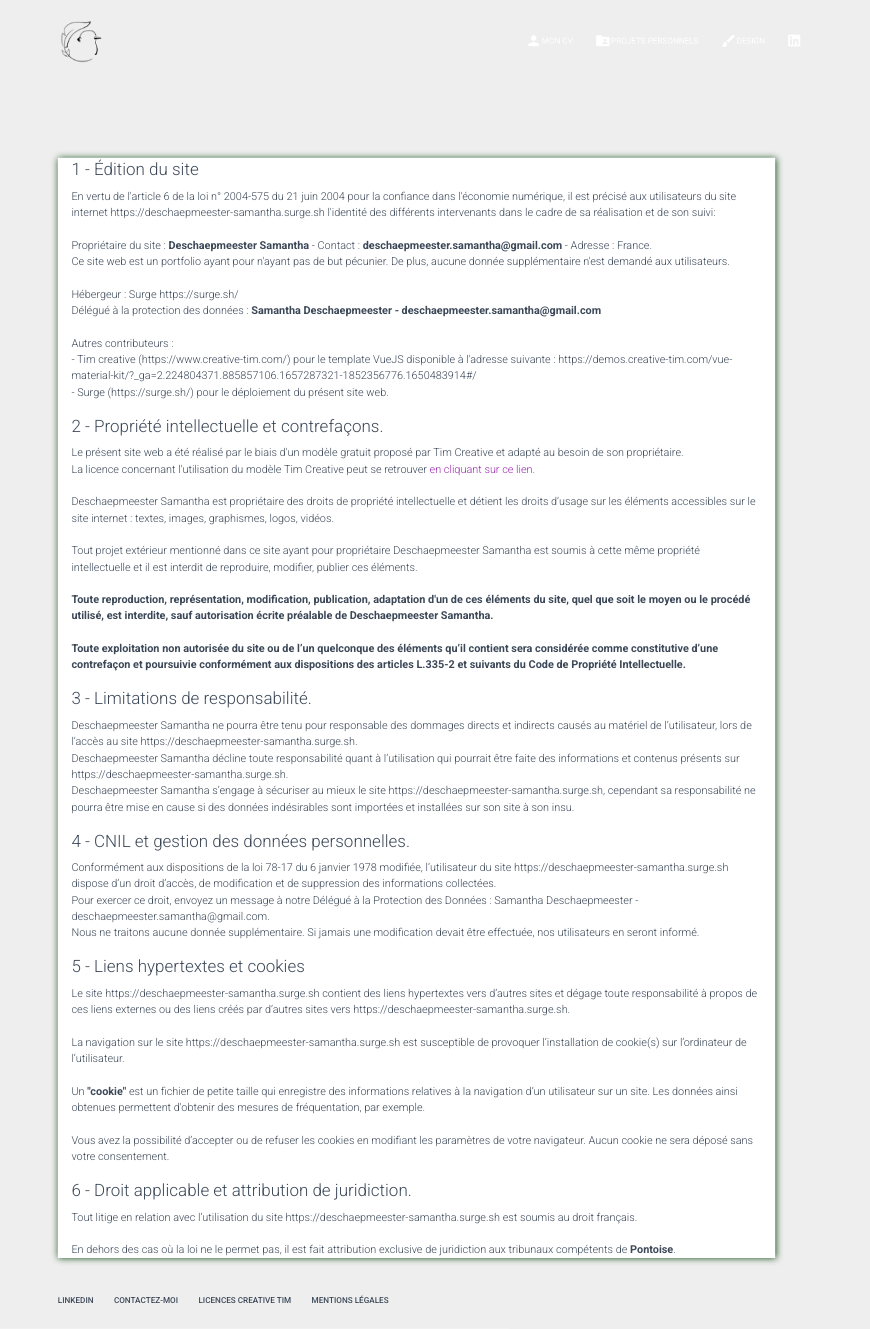
Repository: sdeschaepmeester/NewPortfolio
Page: /#/mentions
The author's editor kept a copy of each file at every save. The page is drawn from the files as they stood at one save, then again after the next save.
The browser window is 1280 px wide. The pictures show the whole page, at 68% of full size.
Some web libraries are served in a nearby version. The project was rebuilt for these pictures with package versions that can differ from the ones it lists, and the page was loaded fresh each time. Also part of the build but not shown: vue.config.js, src/views/components/APropos.vue, src/views/components/NavigationSection.vue, src/views/components/SmallNavigationSection.vue, src/components/Dropdown.vue, src/components/Parallax.vue, src/components/Pagination.vue, src/components/Slider.vue and 14 more.

Above is the page before, as saved 2022-07-11 19:59:17.

After the next save:
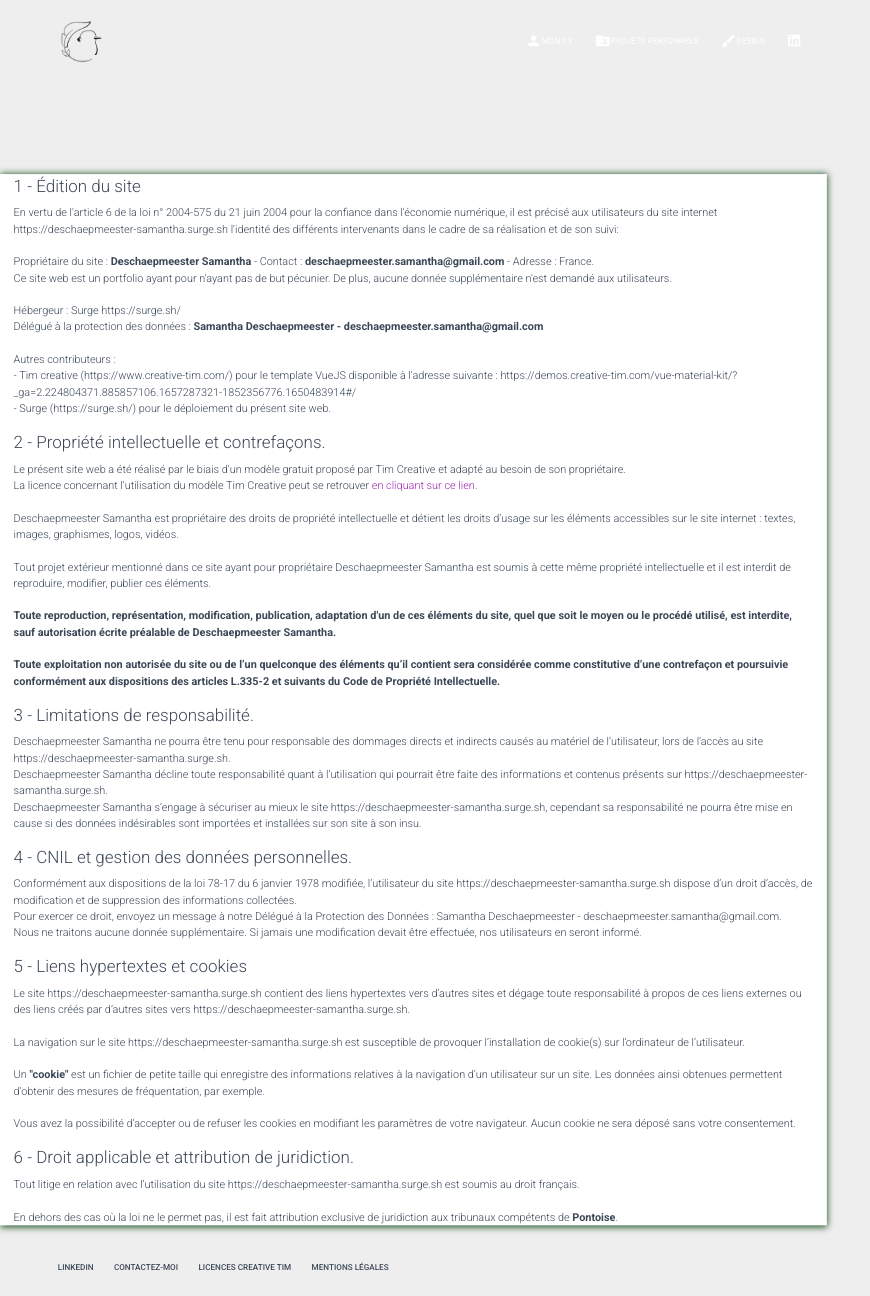
Saved 50 s later.
--- a/src/views/MentionsLegales.vue
+++ b/src/views/MentionsLegales.vue
@@ -2,16 +2,6 @@
   <div class="wrapper">
       <div class="section">
         <div class="container">
-          <div class="md-layout">
-            <div class="md-layout-item md-size-50 mx-auto">
-              <div class="profile">
-                <div class="avatar">
-                </div>
-                <div class="name">
-                  <h3 class="title">Mentions légales</h3>
-                </div>
-              </div>
-            </div>
           </div>
           <div>
             <div style="marginTop: 20%; backgroundColor: white; width: 95%;
